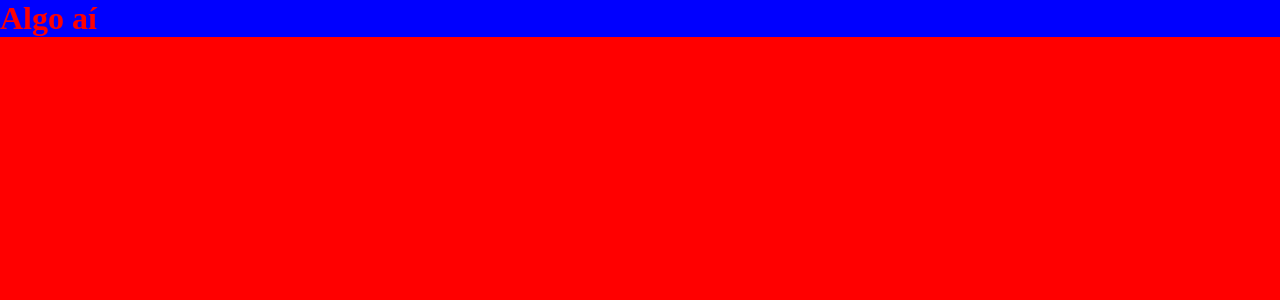
Repository: MatheusAlvesPereiraRosa/landing-pages-front
Page: /
An editor plug-in stored every save of this project. The page is shown before and after the next save, followed by the edit.
The browser window is 1280 px wide. The pictures show the whole page.
The project was rebuilt for these pictures with package versions that can differ from the ones it lists, and the page was loaded fresh each time.

Above is the page before, as saved 2023-05-18 16:24:19.

### src/index.js
import React from "react";
import ReactDOM from "react-dom/client";
import { ThemeProvider } from "styled-components";

import Home from "./templates/App";
import { GlobalStyles } from "./styles/global-styles";
import { theme } from "./styles/theme";

const root = ReactDOM.createRoot(document.getElementById("root"));
root.render(
  <React.StrictMode>
    <ThemeProvider theme={theme}>
      <GlobalStyles />
      <Home />
    </ThemeProvider>
  </React.StrictMode>
);

### src/templates/App/index.jsx
import { Heading } from "../../components/Heading";
import * as Styled from "./styles"

function Home() {
  return (
    <div className="App">
      <Styled.Wrapper>
        <Heading>Algo aí</Heading>
      </Styled.Wrapper>
    </div>
  );
}

export default Home;

### src/styles/global-styles.js
import { createGlobalStyle, css } from "styled-components";

export const GlobalStyles = createGlobalStyle`
  * {
    margin: 0;
    padding: 0;
  }

  body {
    ${({theme}) => css`
      background: ${theme.colors.mainBg};
    `}
  } ;
`

### src/styles/theme.js
export const theme = {
  colors: {
    mainBg: "red",
    secondaryBg: "blue"
  },
  fonts: {},
};

### src/components/Heading/index.jsx
import * as Styled from "./styles";

export const Heading = ({ children }) => {
  return <Styled.Title>{children}</Styled.Title>
}

### src/templates/App/styles.js
import { styled, css } from "styled-components";

export const Wrapper = styled.div`
  ${({theme}) => css`
    background: ${theme.colors.secondaryBg}
  `}
`;

### src/components/Heading/styles.js
import styled, { css } from 'styled-components'

export const Title = styled.h1`
  ${({theme}) => css`
    color: ${theme.colors.mainBg}
  `}
`

Loaded but not shown: public/index.html (common file)

After the next save:
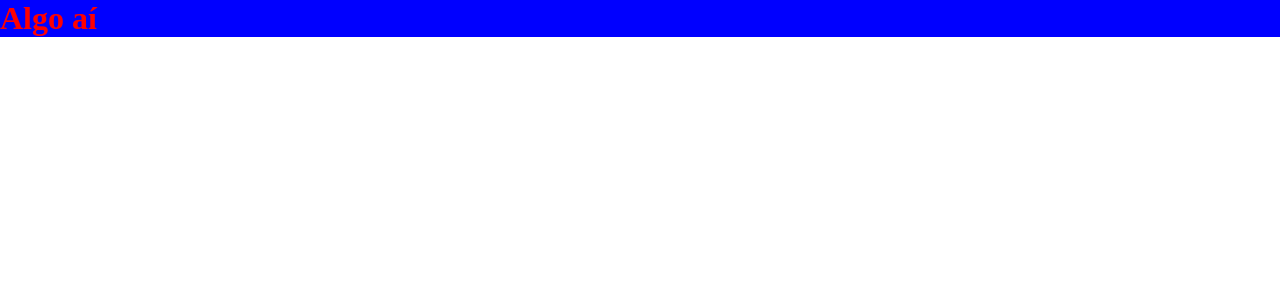
Saved 13 s later.
--- a/src/styles/global-styles.js
+++ b/src/styles/global-styles.js
@@ -7,8 +7,6 @@ export const GlobalStyles = createGlobalStyle`
   }
 
   body {
-    ${({theme}) => css`
-      background: ${theme.colors.mainBg};
-    `}
+
   } ;
 `
